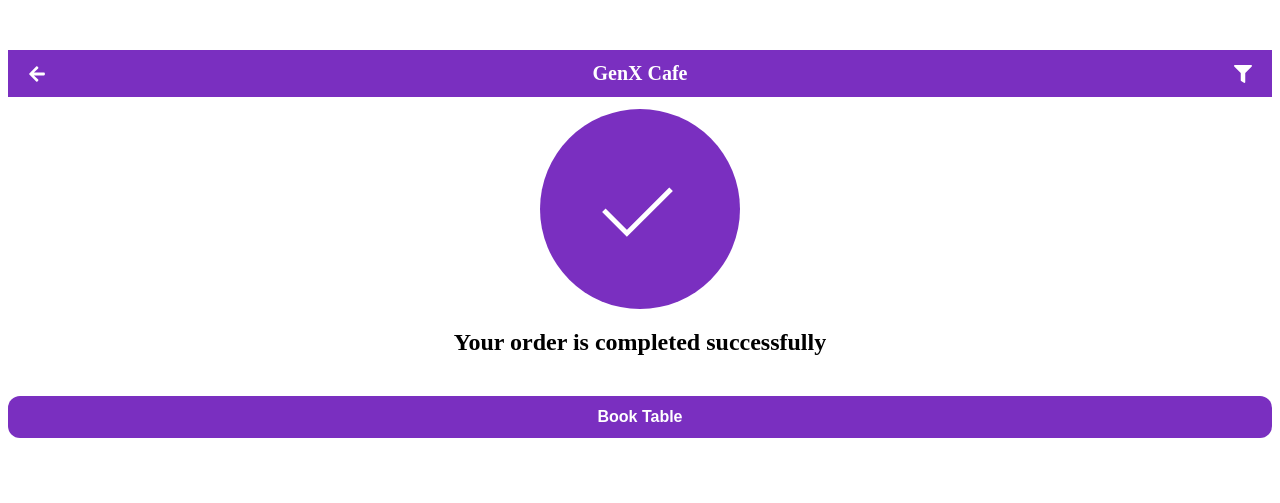
Repository: rajeshwaranslv/sturdy-spork-genx-frontend
Page: /success
These files come from the project's save history. The page is drawn as it stood at one moment and after a run of saves; the edit follows.
The browser window is 1280 px wide. The pictures show the whole page.
The project was rebuilt for these pictures with package versions that can differ from the ones it lists, and the page was loaded fresh each time. Also part of the build but not shown: src/components/TableSelection.js, src/components/MenuSelection.js, src/components/OrderReview.js, src/components/billing.css, src/components/Billing.js.

Above is the page before, as saved 2025-07-15 11:10:32.

After the next 2 saves:
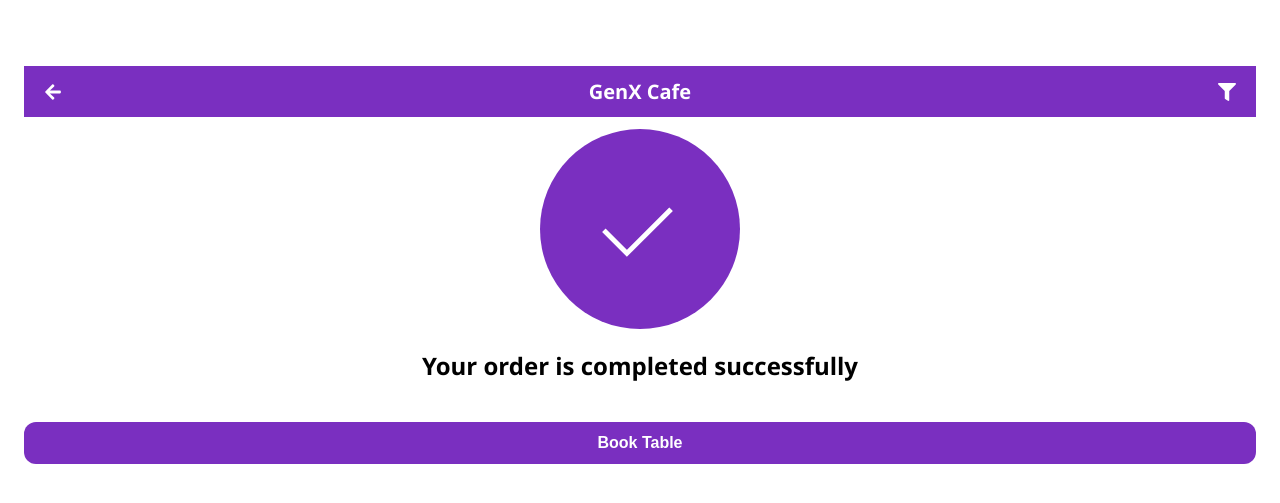
The 2 saves are shown as one change because they came seconds apart.
The last was saved 11 s later.
--- a/src/components/menu.css
+++ b/src/components/menu.css
@@ -6,6 +6,13 @@
   gap: 14px;
   margin-top: 16px;
 }
+
+.container {
+  padding: 16px;
+  box-sizing: border-box;
+  font-family: 'Segoe UI', sans-serif;
+}
+
 
 .menu-card {
   background: #fff;
